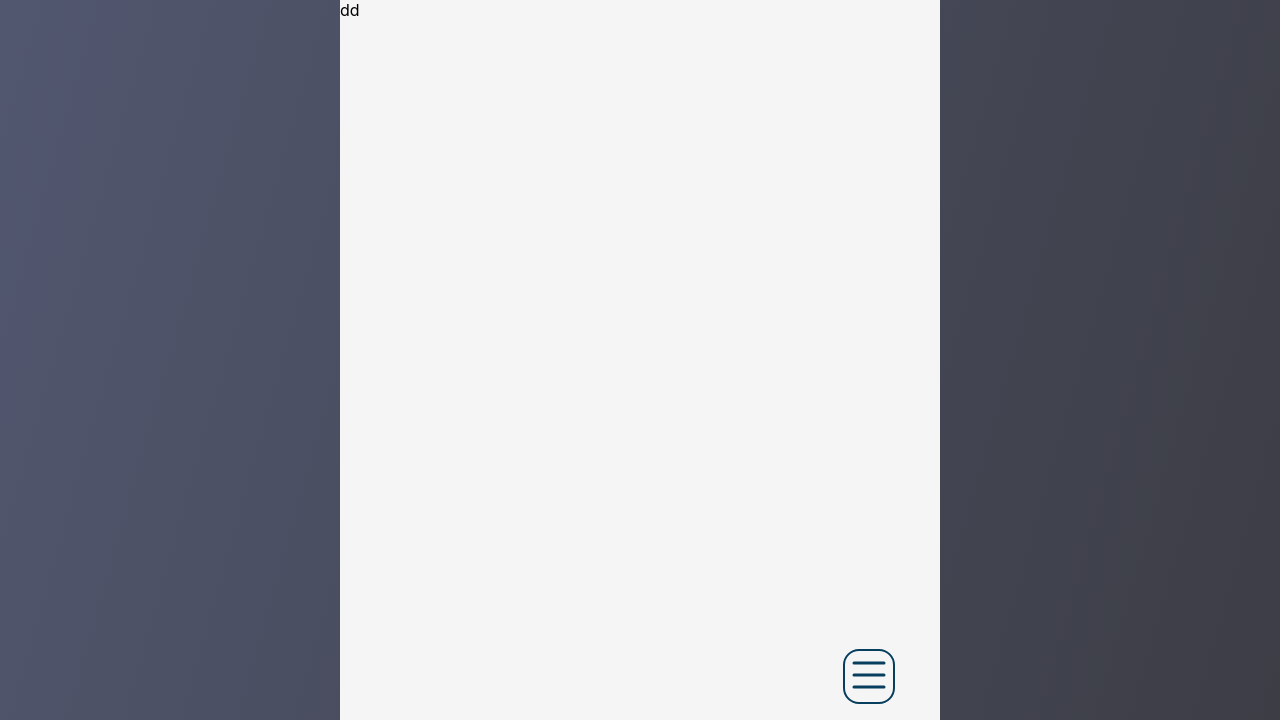
Repository: SeungYn/hanium
Page: /
These files come from the project's save history. The page is drawn as it stood at one moment and after the next save; the edit follows.
The browser window is 1280 px wide. The pictures show the whole page.
The project was rebuilt for these pictures with package versions that can differ from the ones it lists, and the page was loaded fresh each time. Also part of the build but not shown: src/App.css, src/components/ReadPopup/ReadPopup.module.css, src/components/ReadPopup/ReadPopup.jsx, src/pages/login/Login.jsx.

Above is the page before, as saved 2022-10-27 13:31:29.

After the next save:
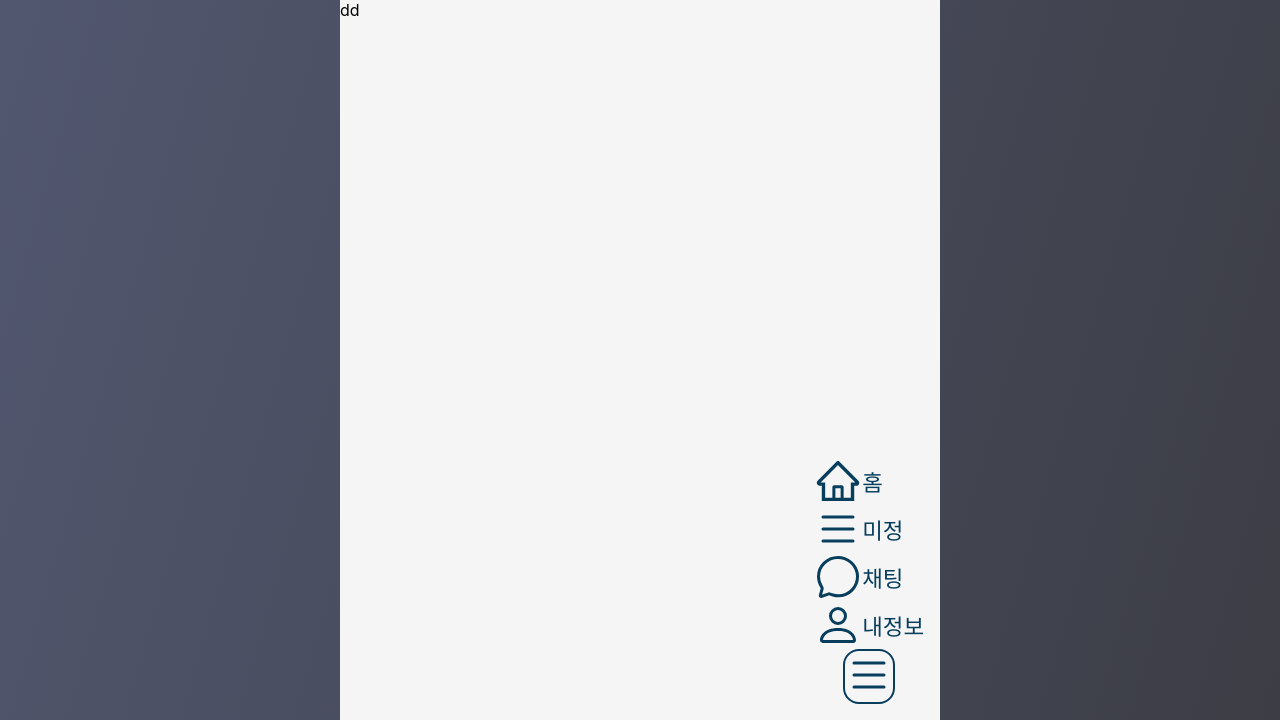
Saved 34 s later.
--- a/src/components/Navbar/Navbar.module.css
+++ b/src/components/Navbar/Navbar.module.css
@@ -31,7 +31,7 @@
 }
 
 .navDisappear {
-  height: 1px;
+  height: 0%;
 }
 
 .reactIcon {

After the 5 saves that followed:
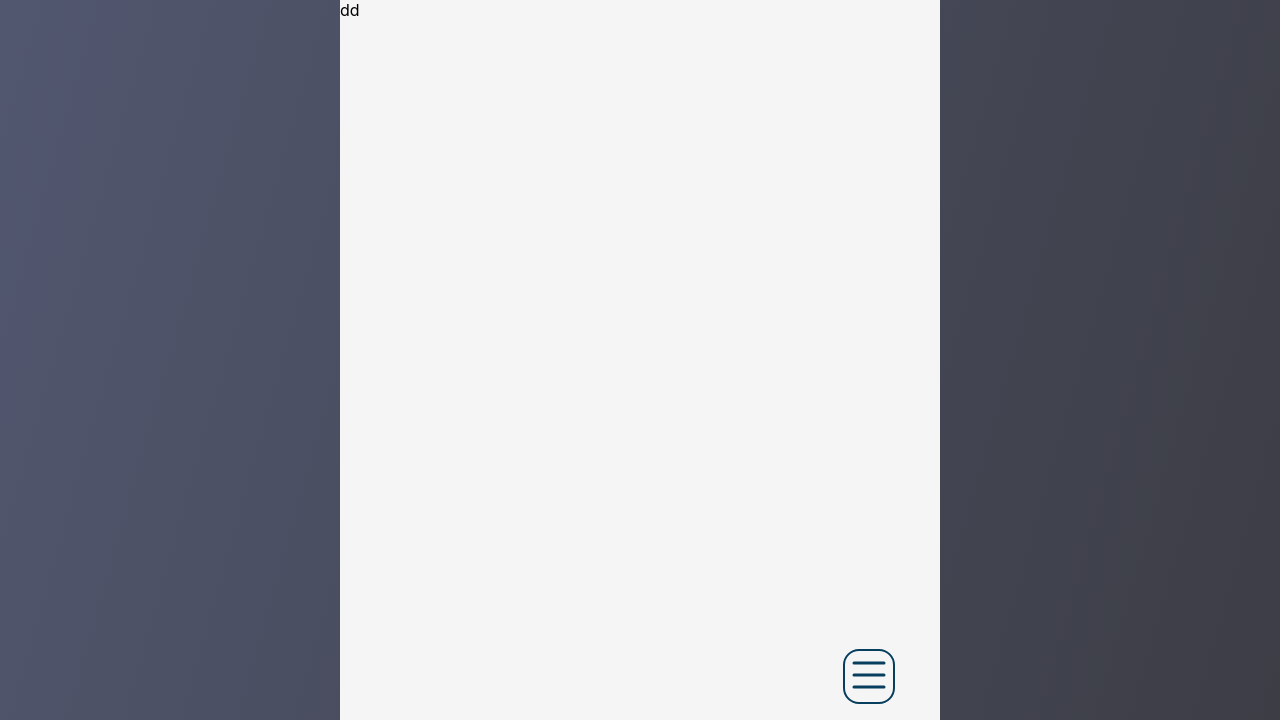
The 5 saves are shown as one change because 3 left the picture as it was and some came seconds apart.
The last was saved 86 s later.
--- a/src/components/Navbar/Navbar.module.css
+++ b/src/components/Navbar/Navbar.module.css
@@ -27,11 +27,11 @@
 }
 
 .navAppear {
-  height: 100%;
+  height: 0;
 }
 
 .navDisappear {
-  height: 0%;
+  height: 0;
 }
 
 .reactIcon {
